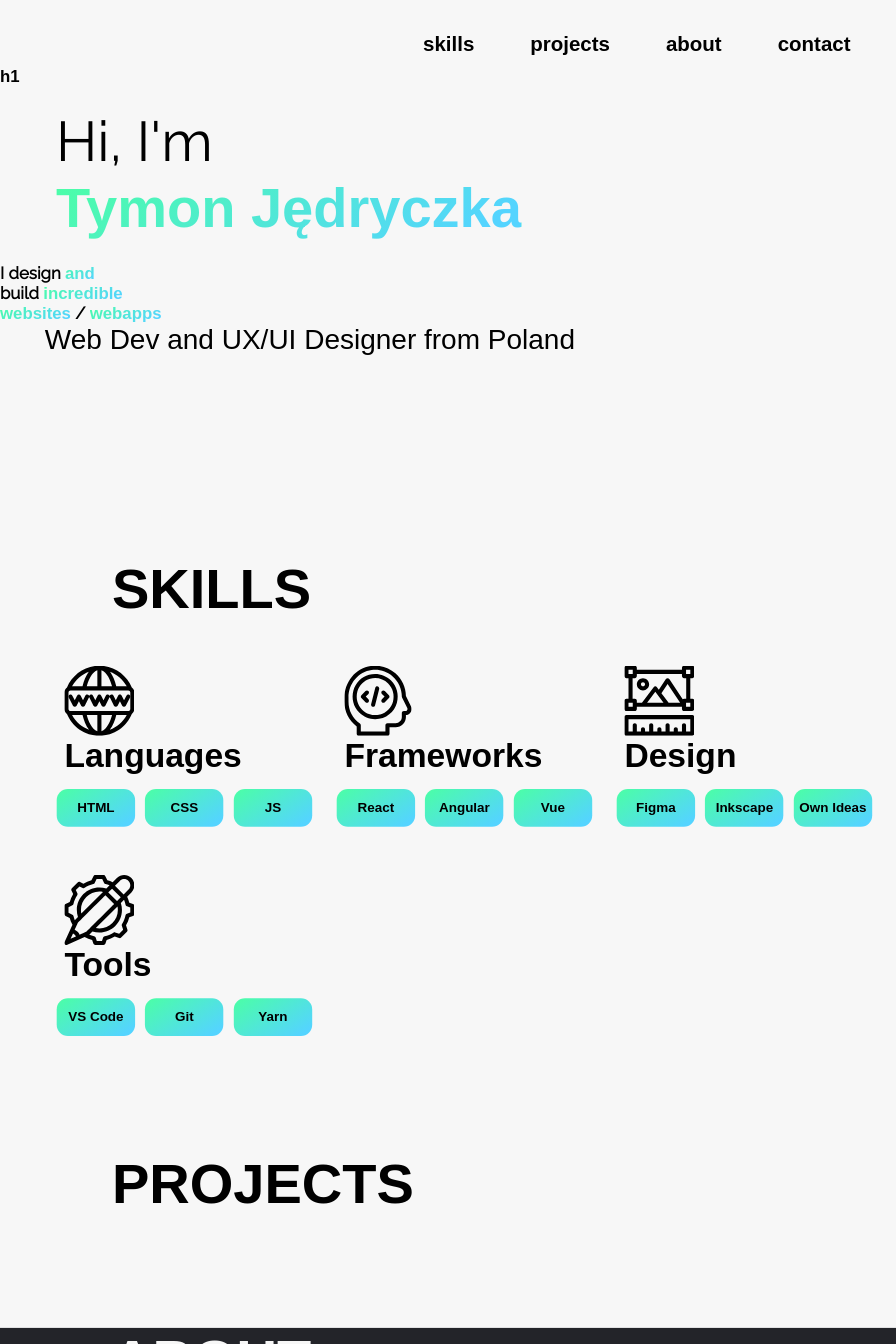
Repository: TeeJaysDev/Portfolio
Page: index.html
An editor plug-in stored every save of this project. The page is shown before and after the next save, followed by the edit.
The browser window is 1280 px wide. The pictures show the part of the page from y = 0 to 1920 px (the page is 2958 px tall before and 2955 px after), at 70% of full size.
Some web libraries are served in a nearby version.

Above is the page before, as saved 2021-05-04 14:24:12.

After the next save:
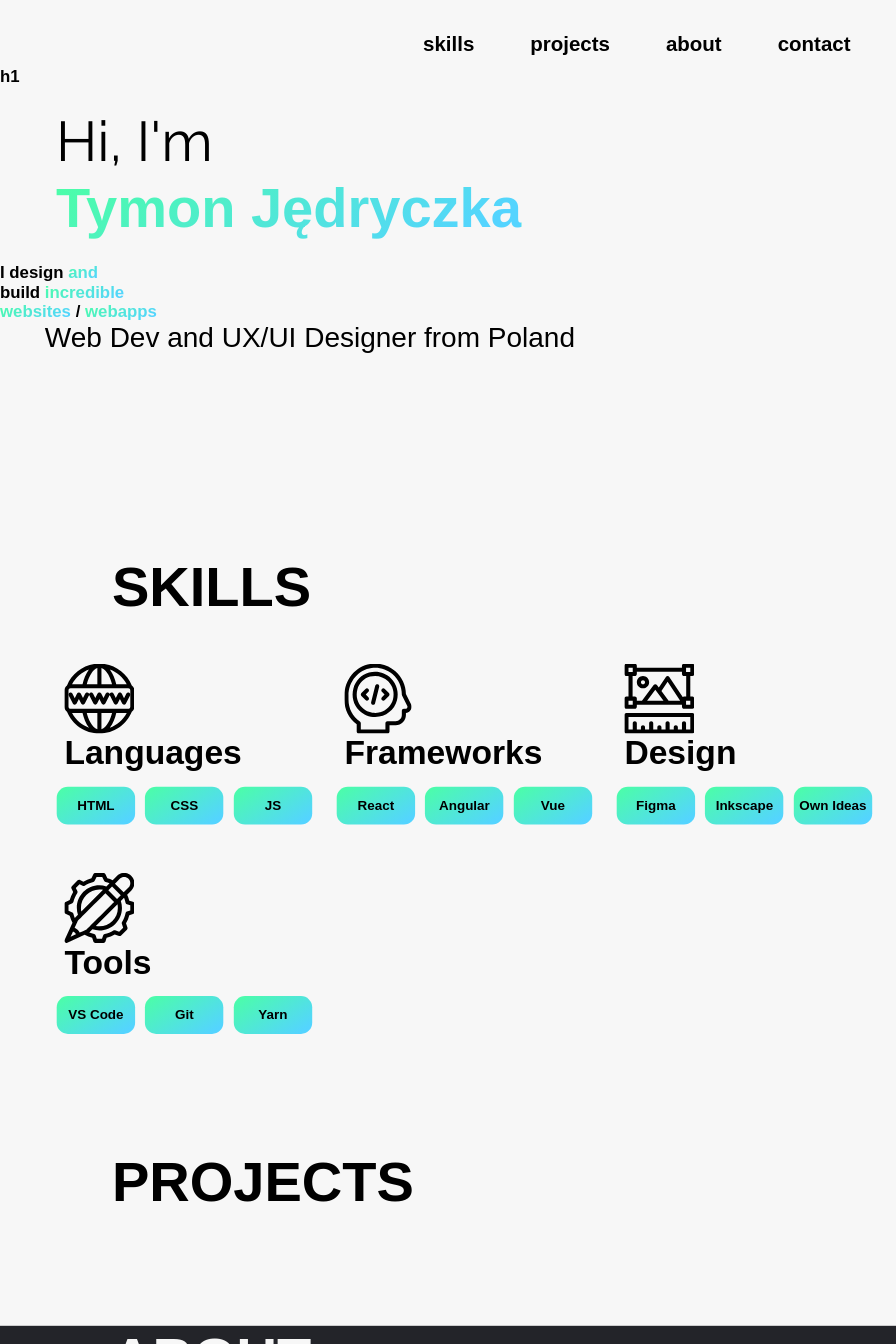
Saved 7 s later.
--- a/style.css
+++ b/style.css
@@ -35,7 +35,7 @@ nav a {
     -moz-text-fill-color: transparent;
 }
 
-
+.welcome_part
 
 .welcome_part_h2 {
     font-family: Raleway;

After the 2 saves that followed:
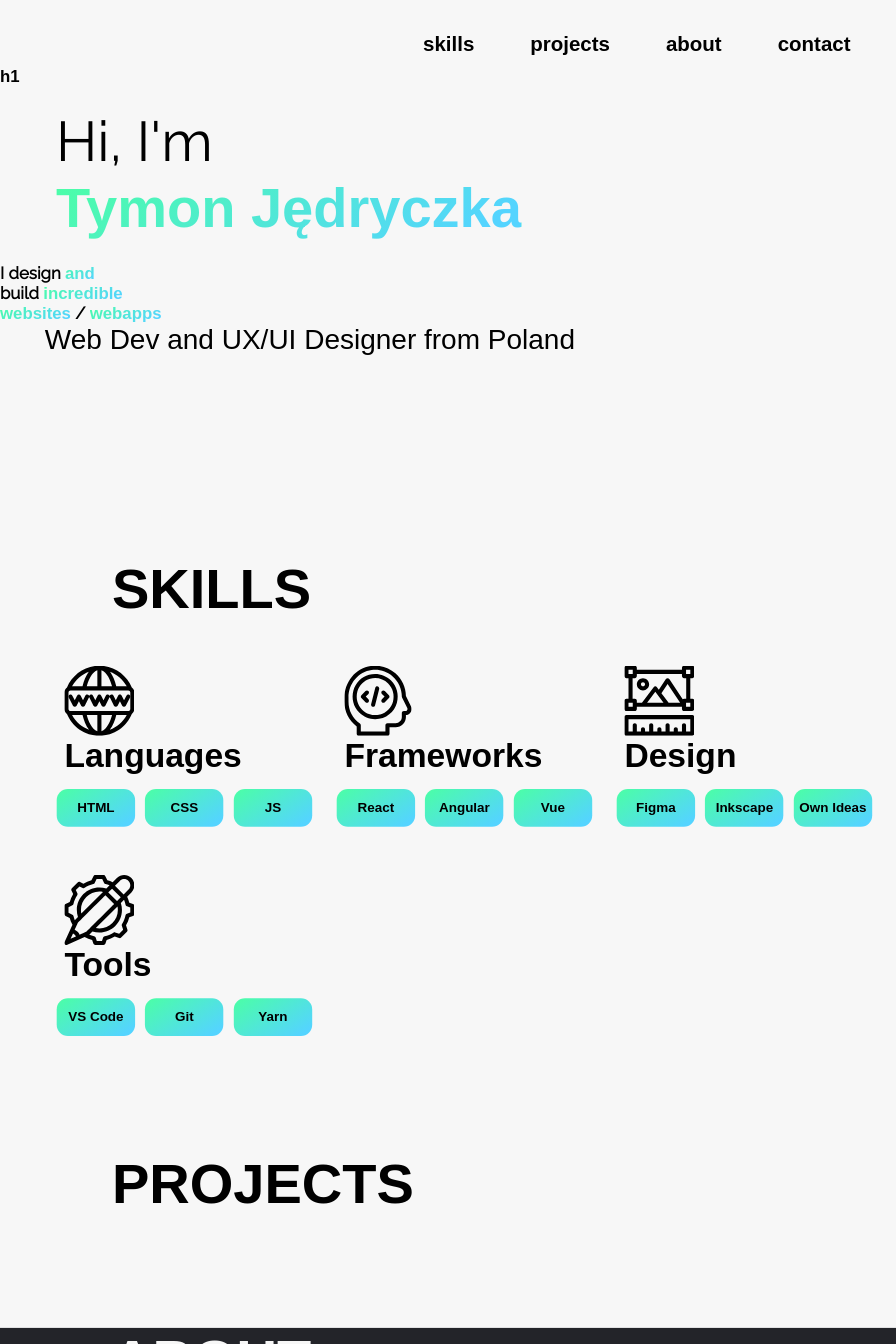
The 2 saves are shown as one change because they came seconds apart.
The last was saved 7 s later.
--- a/style.css
+++ b/style.css
@@ -35,7 +35,9 @@ nav a {
     -moz-text-fill-color: transparent;
 }
 
-.welcome_part
+.welcome_part strong {
+
+}
 
 .welcome_part_h2 {
     font-family: Raleway;
